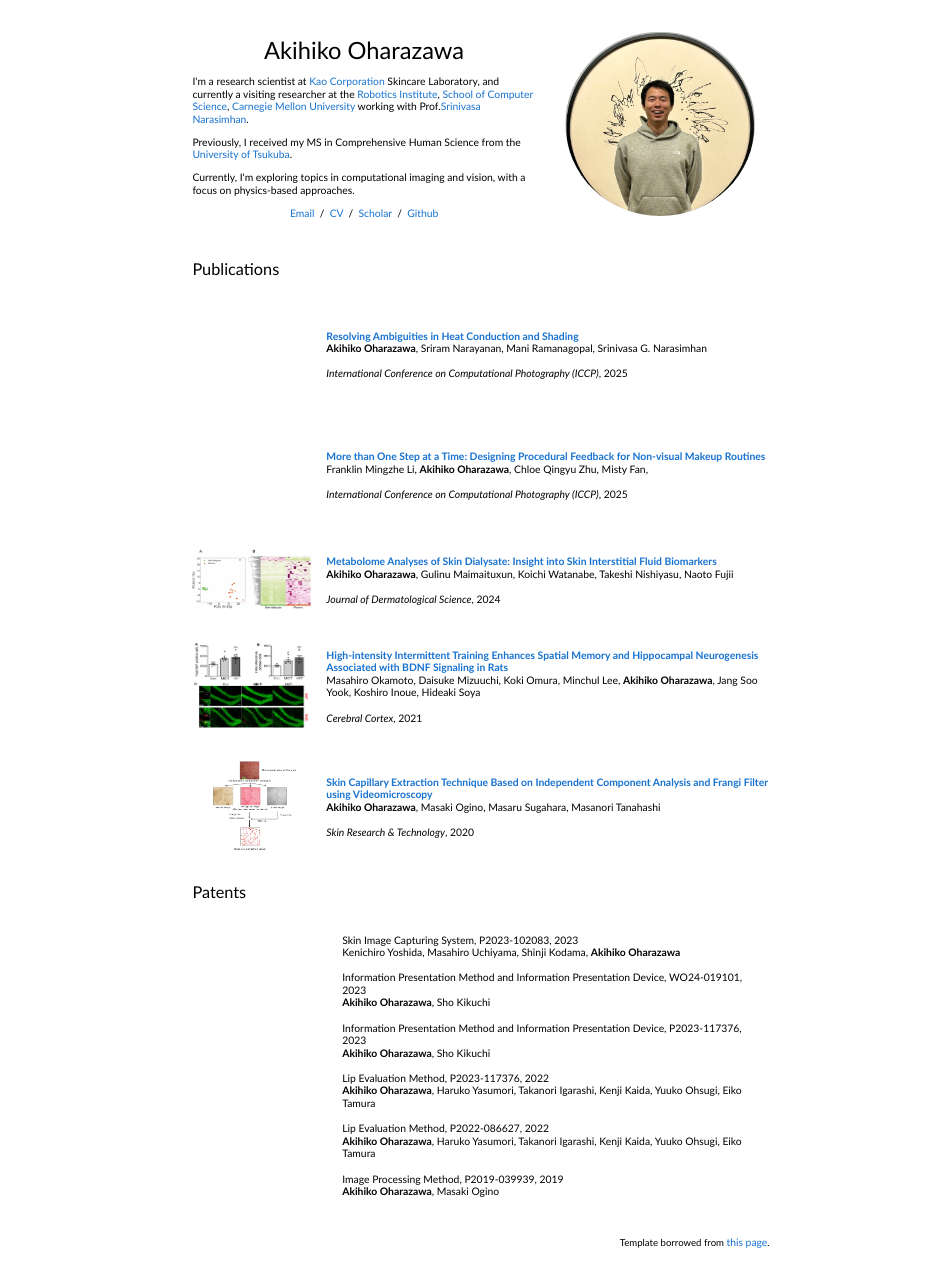
Repository: akihikooharazawa/akihikooharazawa.github.io
Page: index.html
The author's editor kept a copy of each file at every save. The page is drawn from the files as they stood at one save, then again after a run of saves.
The browser window is 1280 px wide. The pictures show the whole page, at 74% of full size.
Pictures or frames that could not be fetched are drawn as grey boxes.

Above is the page before, as saved 2025-07-25 11:29:44.

### index.html
<!DOCTYPE HTML>
<html lang="en">
  <head>
  <!-- Google tag (gtag.js) -->
  <script async src="https://www.googletagmanager.com/gtag/js?id=G-S3VWLBF1BC"></script>
  <script>
    window.dataLayer = window.dataLayer || [];
    function gtag(){dataLayer.push(arguments);}
    gtag('js', new Date());

    gtag('config', 'G-S3VWLBF1BC');
  </script>
    <meta http-equiv="Content-Type" content="text/html; charset=UTF-8">

    <title>Akihiko Oharazawa</title>

    <meta name="author" content="Akihiko Oharazawa">
    <meta name="viewport" content="width=device-width, initial-scale=1">
    <link rel="shortcut icon" href="images/favicon/favicon.ico" type="image/x-icon">
    <link rel="stylesheet" type="text/css" href="stylesheet.css">

  </head>

  <body>
    <table style="width:100%;max-width:800px;border:0px;border-spacing:0px;border-collapse:separate;margin-right:auto;margin-left:auto;"><tbody>
      <tr style="padding:0px">
        <td style="padding:0px">
          <table style="width:100%;border:0px;border-spacing:0px;border-collapse:separate;margin-right:auto;margin-left:auto;"><tbody>
            <tr style="padding:0px">
              <td style="padding:2.5%;width:63%;vertical-align:middle">
                <p class="name" style="text-align: center;">
                  Akihiko Oharazawa
                </p>
                <p>I'm a research scientist at <a href="https://www.kao.com/global/en/">Kao Corporation</a> Skincare Laboratory,
                  and currently a visiting researcher at the <a href="https://www.ri.cmu.edu/">Robotics Institute</a>,
                  <a href="https://www.cs.cmu.edu/">School of Computer Science</a>,
                  <a href="https://www.cmu.edu/">Carnegie Mellon University</a> working with Prof.<a href="https://www.cs.cmu.edu/~srinivas/">Srinivasa Narasimhan</a>.
                </p>
                <p>
                  Previously, I received my MS in Comprehensive Human Science from the <a href="https://www.tsukuba.ac.jp/en/">University of Tsukuba</a>.
                </p>
                <p>
                  Currently, I'm exploring topics in computational imaging and vision, with a focus on physics-based approaches.
                </p>
                <p style="text-align:center">
                  <a href="mailto:a.oharazawa@gmail.com">Email</a> &nbsp;/&nbsp;
                  <a href="data/AkiOharazawa-CV.pdf">CV</a> &nbsp;/&nbsp;
                  <a href="https://scholar.google.com/citations?user=NGsKuDgAAAAJ&hl=en">Scholar</a> &nbsp;/&nbsp;
                  <a href="https://github.com/akihikooharazawa">Github</a>
                </p>
              </td>
              <td style="padding:2.5%;width:40%;max-width:40%">
                <a href="images/AkiOharazawa.jpg"><img style="width:100%;max-width:100%;object-fit: cover; border-radius: 50%;" alt="profile photo" src="images/AkiOharazawa.jpg" class="hoverZoomLink"></a>
              </td>
            </tr>
          </tbody></table>
          <table style="width:100%;border:0px;border-spacing:0px;border-collapse:separate;margin-right:auto;margin-left:auto;"><tbody>
              <tr>
              <td style="padding:20px;width:100%;vertical-align:middle">
                <h2>Publications</h2>
              </td>
            </tr>
          </tbody></table>
          <table style="width:100%;border:0px;border-spacing:0px;border-collapse:separate;margin-right:auto;margin-left:auto;"><tbody>

            <!-- ICCP 2025 -->
            <tr>
              <td style="padding:20px;width:25%;vertical-align:middle">
                <video id="theory" width="160" height="120" autoplay muted loop playsinline style="border-style: none">
                  <source src="videos/ICCP2025.mp4" type="video/mp4">
                </video>
              </td>
              <td width="75%" valign="middle">
                <a href="https://imaging.cs.cmu.edu/shape-from-laplacian-and-shading/">
                  <span class="papertitle">Resolving Ambiguities in Heat Conduction and Shading</span>
                </a>
                <br>
                <strong>Akihiko Oharazawa</strong>, Sriram Narayanan, Mani Ramanagopal, Srinivasa G. Narasimhan
                <br>
                <br>
                <em>International Conference on Computational Photography (ICCP)</em>, 2025
                <br>
              </td>
            </tr>
            <!-- End ICCP 2025 -->

            <!-- ASSCET 2025 -->
            <tr>
              <td style="padding:20px;width:25%;vertical-align:middle">
                <video id="theory" width="160" height="120" autoplay muted loop playsinline style="border-style: none">
                  <source src="videos/ICCP2025.mp4" type="video/mp4">
                </video>
              </td>
              <td width="75%" valign="middle">
                <a href="https://arxiv.org/abs/2507.03942">
                  <span class="papertitle">More than One Step at a Time: Designing Procedural Feedback for Non-visual Makeup Routines</span>
                </a>
                <br>
                Franklin Mingzhe Li, <strong>Akihiko Oharazawa</strong>, Chloe Qingyu Zhu, Misty Fan,
                <br>
                <br>
                <em>International Conference on Computational Photography (ICCP)</em>, 2025
                <br>
              </td>
            </tr>
            <!-- End ASSCET 2025 -->

            <!-- JDS 2025 -->
            <tr>
              <td style="padding:20px;width:25%;vertical-align:middle">
                <img src="images/isf_metabolomics.jpg" alt="isf_metabolomics" width="160" style="border-style: none">
              </td>
              <td width="75%" valign="middle">
                <a href="https://www.jdsjournal.com/article/S0923-1811(24)00066-5/fulltext">
                  <span class="papertitle">Metabolome Analyses of Skin Dialysate: Insight into Skin Interstitial Fluid Biomarkers</span>
                </a>
                <br>
                <strong>Akihiko Oharazawa</strong>, Gulinu Maimaituxun, Koichi Watanabe, Takeshi Nishiyasu, Naoto Fujii
                <br>
                <br>
                <em>Journal of Dermatological Science</em>, 2024
                <br>
              </td>
            </tr>
            <!-- End JDS 2025 -->

            <!-- Cerebral Cortex 2021 -->
            <tr>
              <td style="padding:20px;width:25%;vertical-align:middle">
                <img src="images/hit_brain.png" alt="hit_brain.png" width="160" height="120" style="border-style: none">
              </td>
              <td width="75%" valign="middle">
                <a href="https://academic.oup.com/cercor/article/31/9/4386/6274998">
                  <span class="papertitle">High-intensity Intermittent Training Enhances Spatial Memory and Hippocampal Neurogenesis Associated with BDNF Signaling in Rats</span>
                </a>
                <br>
                Masahiro Okamoto, Daisuke Mizuuchi, Koki Omura, Minchul Lee, <strong>Akihiko Oharazawa</strong>, Jang Soo Yook, Koshiro Inoue, Hideaki Soya
                <br>
                <br>
                <em>Cerebral Cortex</em>, 2021
                <br>
              </td>
            </tr>
            <!-- End Cerebral Cortex 2021 -->

            <!-- Skin Research & Technology 2020 -->
            <tr>
              <td style="padding:20px;width:25%;vertical-align:middle">
                <img src="images/capillary_extraction.jpg" alt="capillary_extraction.jpg" width="160" height="120" style="border-style: none">
              </td>
              <td width="75%" valign="middle">
                <a href="https://onlinelibrary.wiley.com/doi/10.1111/srt.12850">
                  <span class="papertitle">Skin Capillary Extraction Technique Based on Independent Component Analysis and Frangi Filter using Videomicroscopy</span>
                </a>
                <br>
                <strong>Akihiko Oharazawa</strong>, Masaki Ogino, Masaru Sugahara, Masanori Tanahashi
                <br>
                <br>
                <em>Skin Research & Technology</em>, 2020
                <br>
              </td>
            </tr>
            <!-- End Skin Research & Technology 2020 -->
          </tbody></table>


          <table width="100%" align="center" border="0" cellspacing="0" cellpadding="20"><tbody>
            <tr>
              <td>
                <h2>Patents</h2>
              </td>
            </tr>
          </tbody></table>
          <table width="100%" align="center" border="0" cellpadding="20"><tbody>

            <tr>
              <td style="padding:20px;width:25%;vertical-align:middle">
              <td width="75%" valign="middle">
                Skin Image Capturing System, P2023-102083, 2023
                <br>
                Kenichiro Yoshida, Masahiro Uchiyama, Shinji Kodama, <strong>Akihiko Oharazawa</strong><br>
                <br>
                Information Presentation Method and Information Presentation Device, WO24-019101, 2023
                <br>
                <strong>Akihiko Oharazawa</strong>, Sho Kikuchi<br>
                <br>
                Information Presentation Method and Information Presentation Device, P2023-117376, 2023
                <br>
                <strong>Akihiko Oharazawa</strong>, Sho Kikuchi<br>
                <br>
                Lip Evaluation Method, P2023-117376, 2022
                <br>
                <strong>Akihiko Oharazawa</strong>, Haruko Yasumori, Takanori Igarashi, Kenji Kaida, Yuuko Ohsugi, Eiko Tamura<br>
                <br>
                Lip Evaluation Method, P2022-086627, 2022
                <br>
                <strong>Akihiko Oharazawa</strong>, Haruko Yasumori, Takanori Igarashi, Kenji Kaida, Yuuko Ohsugi, Eiko Tamura<br>
                <br>
                Image Processing Method, P2019-039939, 2019
                <br>
                <strong>Akihiko Oharazawa</strong>, Masaki Ogino<br>
              </td>
            </tr>

          </tbody></table>
          <table style="width:100%;border:0px;border-spacing:0px;border-collapse:separate;margin-right:auto;margin-left:auto;"><tbody>
            <tr>
              <td style="padding:0px">
                <br>
                <p style="text-align:right;font-size:small;">
                  Template borrowed from <a href="https://github.com/jonbarron/website">this page</a>.
                </p>
              </td>
            </tr>
          </tbody></table>
        </td>
      </tr>
    </table>
  </body>
</html>

### stylesheet.css
/* latin-ext */
@font-face {
  font-family: 'Lato';
  font-style: italic;
  font-weight: 400;
  src: local('Lato Italic'), local('Lato-Italic'), url(https://fonts.gstatic.com/s/lato/v15/S6u8w4BMUTPHjxsAUi-qNiXg7eU0.woff2) format('woff2');
  unicode-range: U+0100-024F, U+0259, U+1E00-1EFF, U+2020, U+20A0-20AB, U+20AD-20CF, U+2113, U+2C60-2C7F, U+A720-A7FF;
}
/* latin */
@font-face {
  font-family: 'Lato';
  font-style: italic;
  font-weight: 400;
  src: local('Lato Italic'), local('Lato-Italic'), url(https://fonts.gstatic.com/s/lato/v15/S6u8w4BMUTPHjxsAXC-qNiXg7Q.woff2) format('woff2');
  unicode-range: U+0000-00FF, U+0131, U+0152-0153, U+02BB-02BC, U+02C6, U+02DA, U+02DC, U+2000-206F, U+2074, U+20AC, U+2122, U+2191, U+2193, U+2212, U+2215, U+FEFF, U+FFFD;
}
/* latin-ext */
@font-face {
  font-family: 'Lato';
  font-style: italic;
  font-weight: 700;
  src: local('Lato Bold Italic'), local('Lato-BoldItalic'), url(https://fonts.gstatic.com/s/lato/v15/S6u_w4BMUTPHjxsI5wq_FQftx9897sxZ.woff2) format('woff2');
  unicode-range: U+0100-024F, U+0259, U+1E00-1EFF, U+2020, U+20A0-20AB, U+20AD-20CF, U+2113, U+2C60-2C7F, U+A720-A7FF;
}
/* latin */
@font-face {
  font-family: 'Lato';
  font-style: italic;
  font-weight: 700;
  src: local('Lato Bold Italic'), local('Lato-BoldItalic'), url(https://fonts.gstatic.com/s/lato/v15/S6u_w4BMUTPHjxsI5wq_Gwftx9897g.woff2) format('woff2');
  unicode-range: U+0000-00FF, U+0131, U+0152-0153, U+02BB-02BC, U+02C6, U+02DA, U+02DC, U+2000-206F, U+2074, U+20AC, U+2122, U+2191, U+2193, U+2212, U+2215, U+FEFF, U+FFFD;
}
/* latin-ext */
@font-face {
  font-family: 'Lato';
  font-style: normal;
  font-weight: 400;
  src: local('Lato Regular'), local('Lato-Regular'), url(https://fonts.gstatic.com/s/lato/v15/S6uyw4BMUTPHjxAwXiWtFCfQ7A.woff2) format('woff2');
  unicode-range: U+0100-024F, U+0259, U+1E00-1EFF, U+2020, U+20A0-20AB, U+20AD-20CF, U+2113, U+2C60-2C7F, U+A720-A7FF;
}
/* latin */
@font-face {
  font-family: 'Lato';
  font-style: normal;
  font-weight: 400;
  src: local('Lato Regular'), local('Lato-Regular'), url(https://fonts.gstatic.com/s/lato/v15/S6uyw4BMUTPHjx4wXiWtFCc.woff2) format('woff2');
  unicode-range: U+0000-00FF, U+0131, U+0152-0153, U+02BB-02BC, U+02C6, U+02DA, U+02DC, U+2000-206F, U+2074, U+20AC, U+2122, U+2191, U+2193, U+2212, U+2215, U+FEFF, U+FFFD;
}
/* latin-ext */
@font-face {
  font-family: 'Lato';
  font-style: normal;
  font-weight: 700;
  src: local('Lato Bold'), local('Lato-Bold'), url(https://fonts.gstatic.com/s/lato/v15/S6u9w4BMUTPHh6UVSwaPGQ3q5d0N7w.woff2) format('woff2');
  unicode-range: U+0100-024F, U+0259, U+1E00-1EFF, U+2020, U+20A0-20AB, U+20AD-20CF, U+2113, U+2C60-2C7F, U+A720-A7FF;
}
/* latin */
@font-face {
  font-family: 'Lato';
  font-style: normal;
  font-weight: 700;
  src: local('Lato Bold'), local('Lato-Bold'), url(https://fonts.gstatic.com/s/lato/v15/S6u9w4BMUTPHh6UVSwiPGQ3q5d0.woff2) format('woff2');
  unicode-range: U+0000-00FF, U+0131, U+0152-0153, U+02BB-02BC, U+02C6, U+02DA, U+02DC, U+2000-206F, U+2074, U+20AC, U+2122, U+2191, U+2193, U+2212, U+2215, U+FEFF, U+FFFD;
}

a {
  color: #1772d0;
  text-decoration: none;
}

a:focus,
a:hover {
  color: #f09228;
  text-decoration: none;
}

body,
td,
th,
tr,
p,
a {
  font-family: 'Lato', Verdana, Helvetica, sans-serif;
  font-size: 14px;
}

strong {
  font-family: 'Lato', Verdana, Helvetica, sans-serif;
  font-size: 14px;
}

h2 {
  margin: 0;
  font-weight: normal;
  font-family: 'Lato', Verdana, Helvetica, sans-serif;
  font-size: 22px;
}

.papertitle {
  font-family: 'Lato', Verdana, Helvetica, sans-serif;
  font-size: 14px;
  font-weight: 700;
}

.name {
  padding-top: 20px;
  margin: 0;
  font-family: 'Lato', Verdana, Helvetica, sans-serif;
  font-size: 32px;
}

.one {
  width: 160px;
  height: 160px;
  position: relative;
}

.two {
  width: 160px;
  height: 160px;
  position: absolute;
  transition: opacity .2s ease-in-out;
  -moz-transition: opacity .2s ease-in-out;
  -webkit-transition: opacity .2s ease-in-out;
}

.fade {
  transition: opacity .2s ease-in-out;
  -moz-transition: opacity .2s ease-in-out;
  -webkit-transition: opacity .2s ease-in-out;
}

span.highlight {
  background-color: #ffffd0;
}

After the next 7 saves:
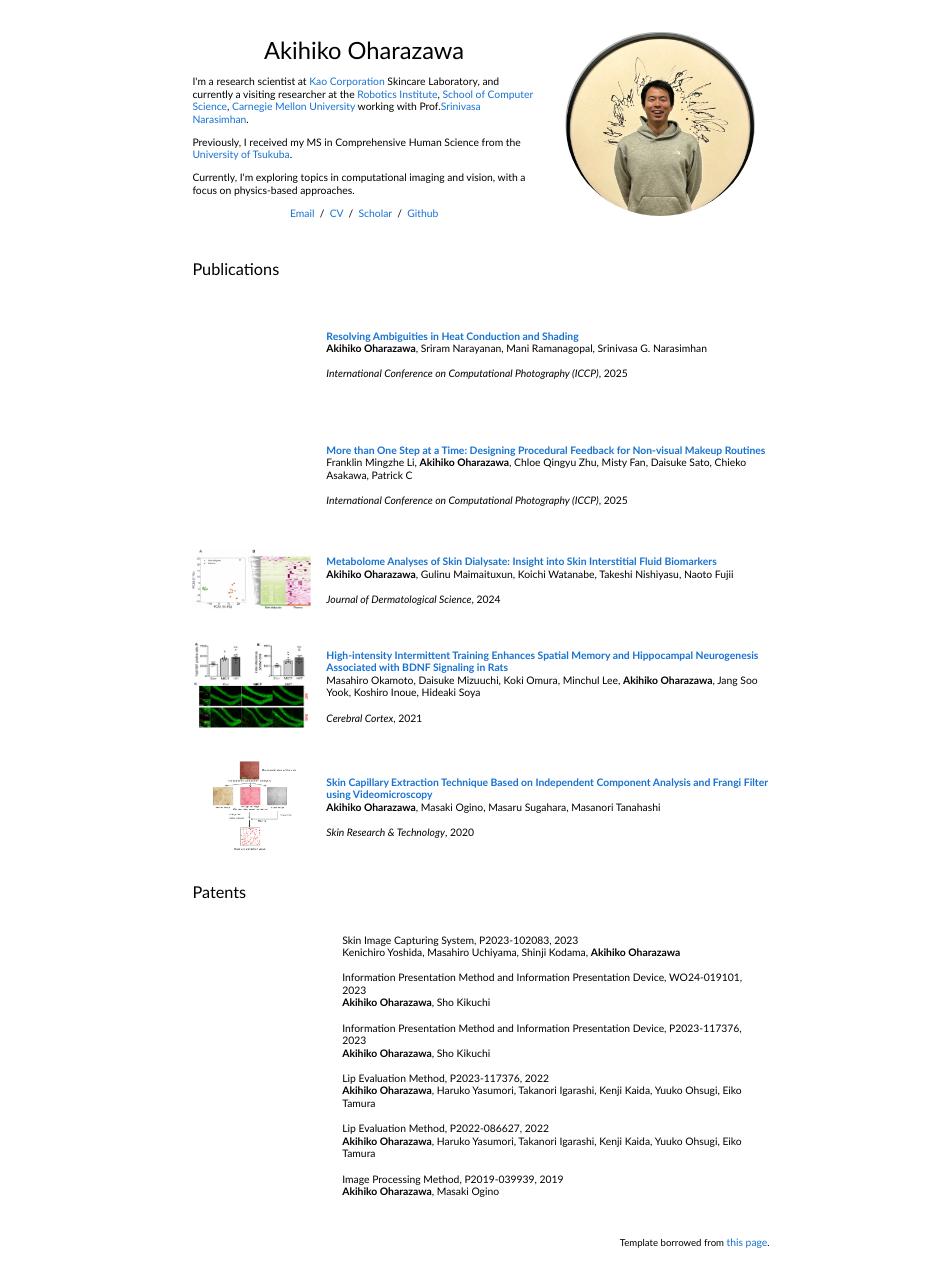
The 7 saves are shown as one change because they came seconds apart.
The last was saved 20 s later.
--- a/index.html
+++ b/index.html
@@ -96,7 +96,7 @@
                   <span class="papertitle">More than One Step at a Time: Designing Procedural Feedback for Non-visual Makeup Routines</span>
                 </a>
                 <br>
-                Franklin Mingzhe Li, <strong>Akihiko Oharazawa</strong>, Chloe Qingyu Zhu, Misty Fan,
+                Franklin Mingzhe Li, <strong>Akihiko Oharazawa</strong>, Chloe Qingyu Zhu, Misty Fan, Daisuke Sato, Chieko Asakawa, Patrick C
                 <br>
                 <br>
                 <em>International Conference on Computational Photography (ICCP)</em>, 2025
